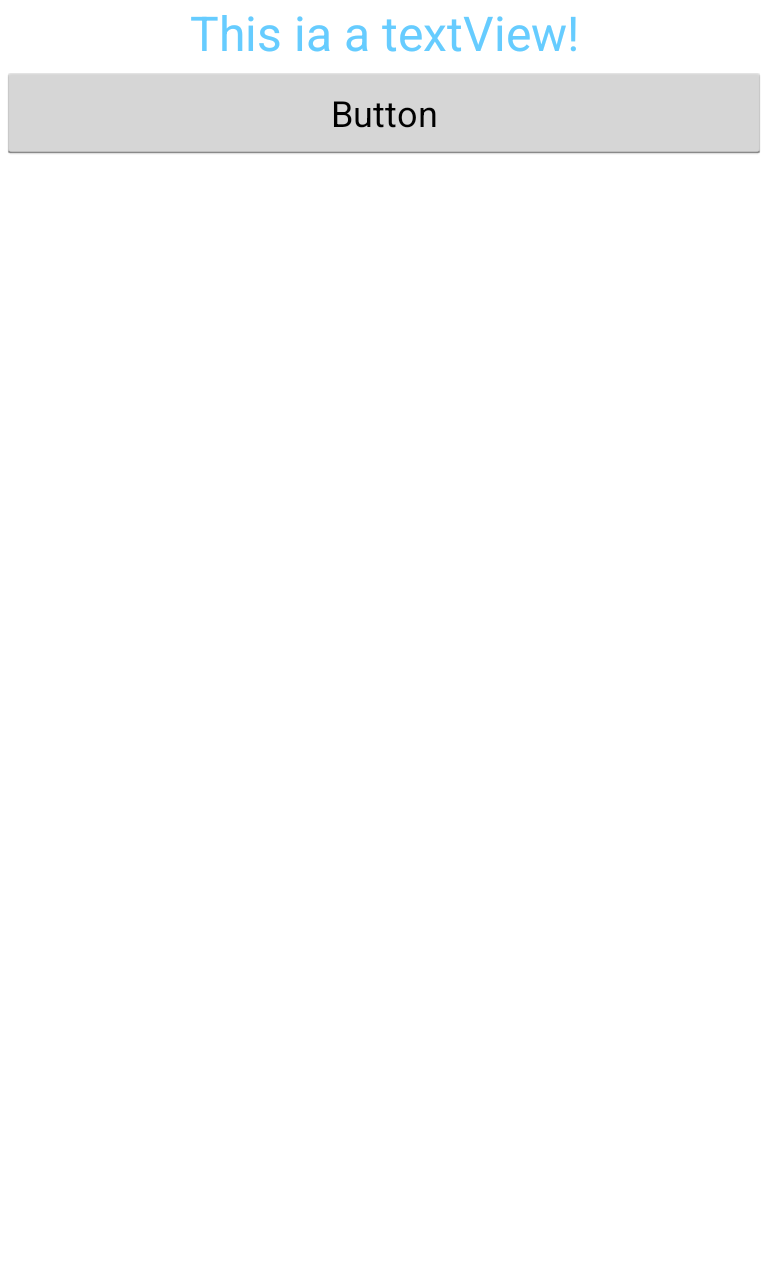
Repository: Ollyder/eclipse_work
Layout: UIWidgetTest/res/layout/activity_main.xml
These files come from the project's save history. The layout is drawn as it stood at one moment and after the next save; the edit follows.
It is drawn on a 768 x 1280 px phone screen (xhdpi) without system bars, with theme AppTheme; the app's code is not run.

Above is the layout before, as saved 2017-05-27 01:48:05.

### UIWidgetTest/res/layout/activity_main.xml
<LinearLayout xmlns:android="http://schemas.android.com/apk/res/android"
    android:layout_width="match_parent"
    android:layout_height="match_parent"
    android:orientation="vertical" >

    <TextView
        android:id="@+id/text_view"
        android:layout_width="match_parent"
        android:layout_height="wrap_content"
        android:text="This ia a textView!"
        android:gravity="center"
        android:textSize="24sp"
        android:textColor="#66ccff"/>

    <Button
        android:id="@+id/button_1"
        android:layout_width="match_parent"
        android:layout_height="wrap_content"
        android:text="Button" />
</LinearLayout>

Loaded but not shown: UIWidgetTest/res/values/styles.xml (common file); UIWidgetTest/res/values-v11/styles.xml (common file); UIWidgetTest/res/values-v14/styles.xml (common file)

After the next save:
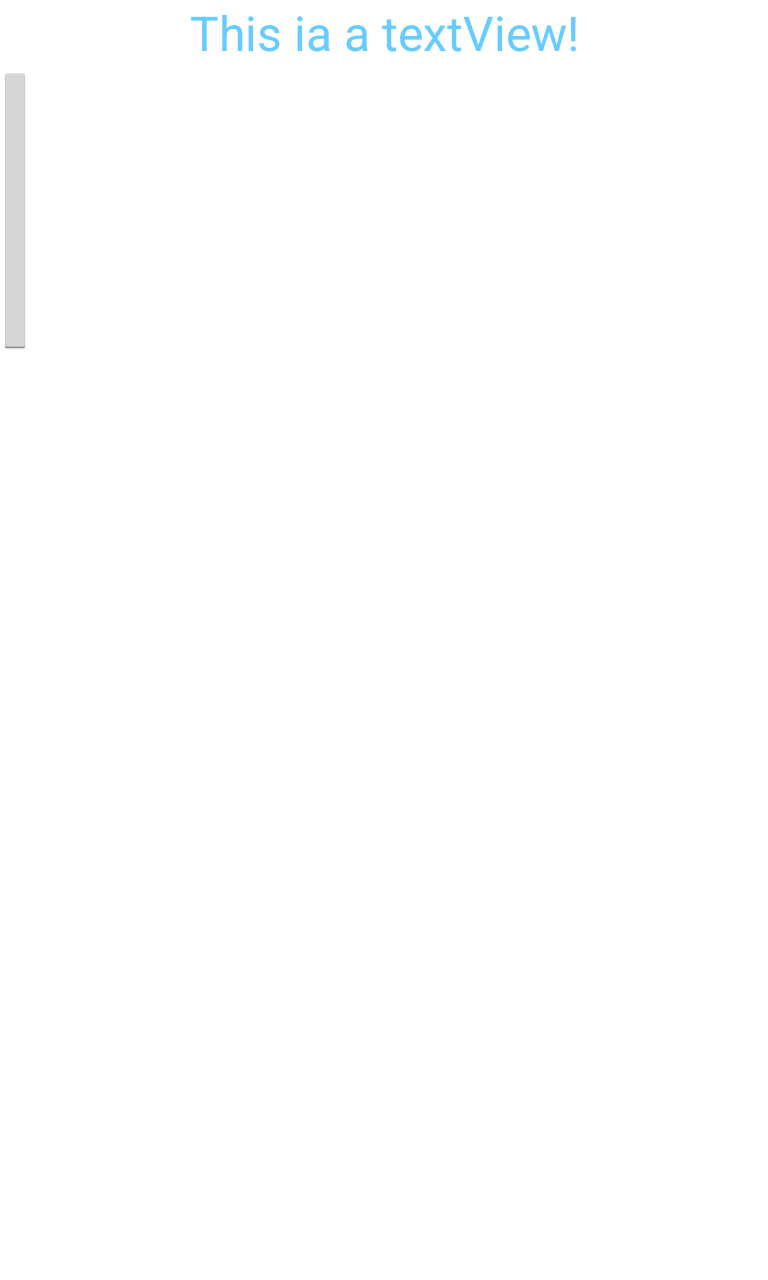
Saved 21 s later.
--- a/UIWidgetTest/res/layout/activity_main.xml
+++ b/UIWidgetTest/res/layout/activity_main.xml
@@ -14,7 +14,7 @@
 
     <Button
         android:id="@+id/button_1"
-        android:layout_width="match_parent"
+        android:layout_width="15sp"
         android:layout_height="wrap_content"
         android:text="Button" />
 </LinearLayout>
